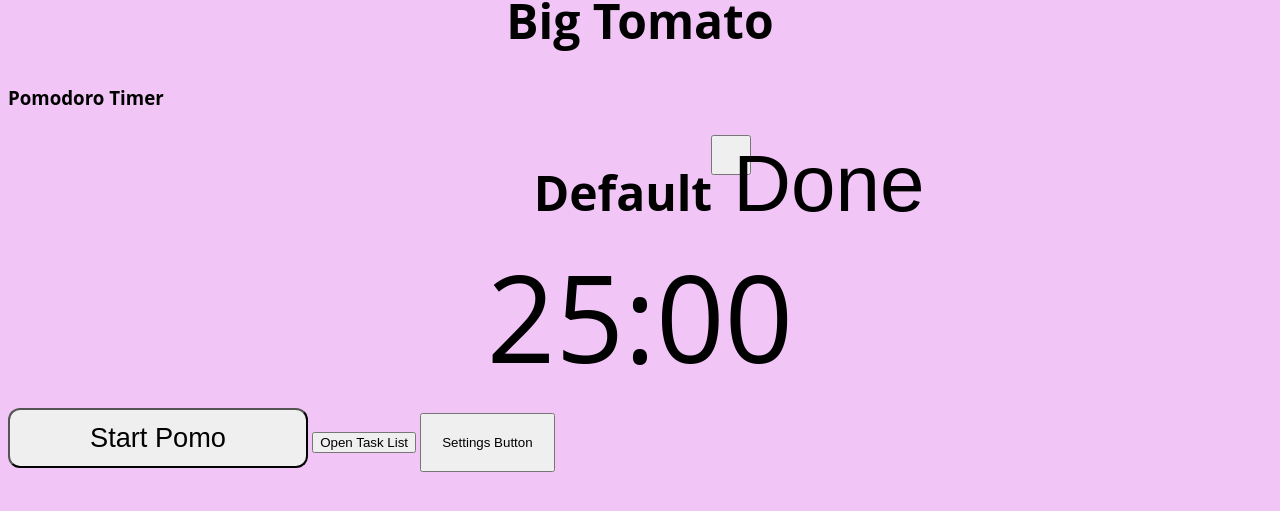
Repository: esong165/cse110-w21-group25
Page: source/index.html
An editor plug-in stored every save of this project. The page is shown before and after the next save, followed by the edit.
The browser window is 1280 px wide. The pictures show the whole page.

Above is the page before, as saved 2021-03-04 15:25:16.
Console error: TypeError: Cannot read properties of null (reading 'style')

After the next save:
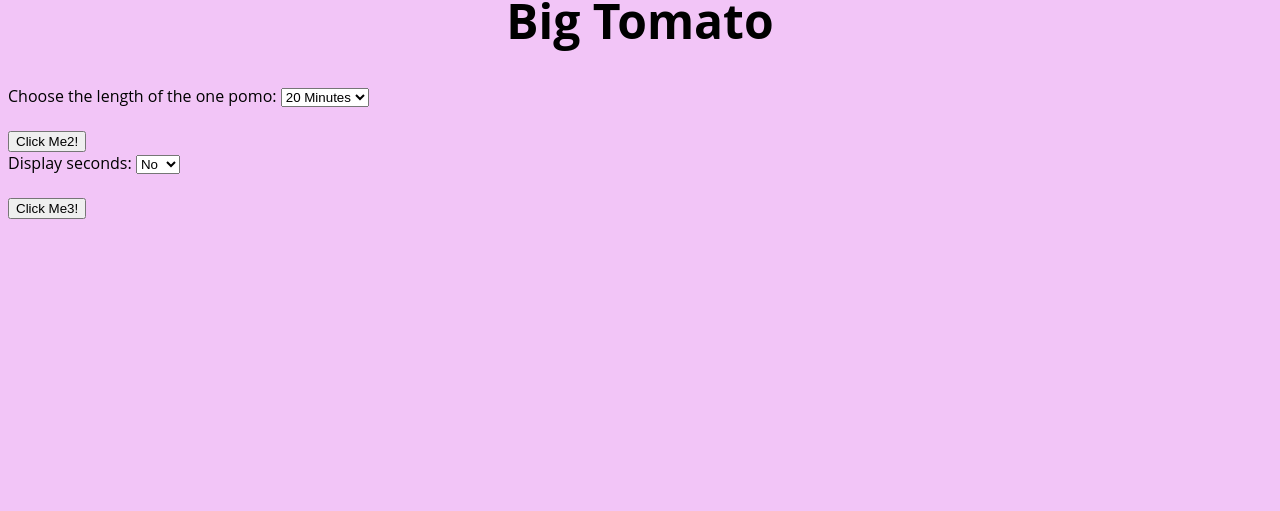
Saved 3 min 35 s later.
--- a/source/settings.js
+++ b/source/settings.js
@@ -7,7 +7,7 @@ export default class Settings {
      */
     constructor() {
         //this.buttonId = buttonId;
-        document.getElementById("homeId").style.display = "none";
+        document.getElementById("homeID").style.display = "none";
         document.getElementById("settingsID").style.display = "block";
     }
 
